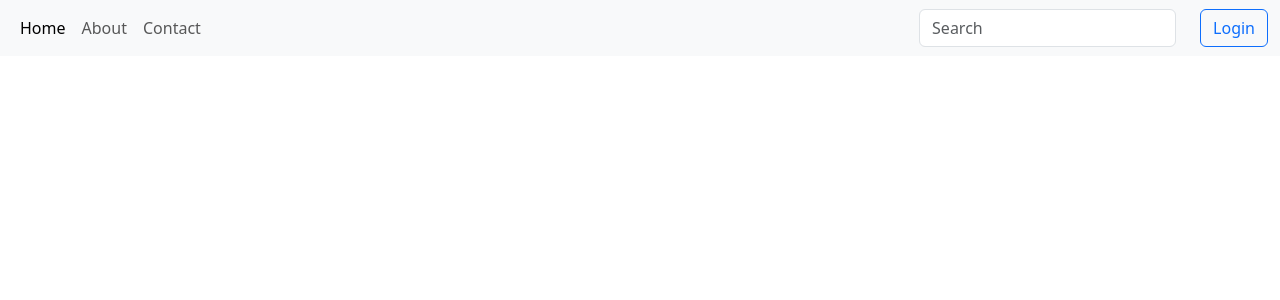
Repository: AlisaSkryp/photoblog
Page: index.html
The author's editor kept a copy of each file at every save. The page is drawn from the files as they stood at one save, then again after the next save.
The browser window is 1280 px wide. The pictures show the whole page.

Above is the page before, as saved 2023-04-09 19:07:10.
Console error: TypeError: Cannot read properties of null (reading 'addEventListener')

After the next save:
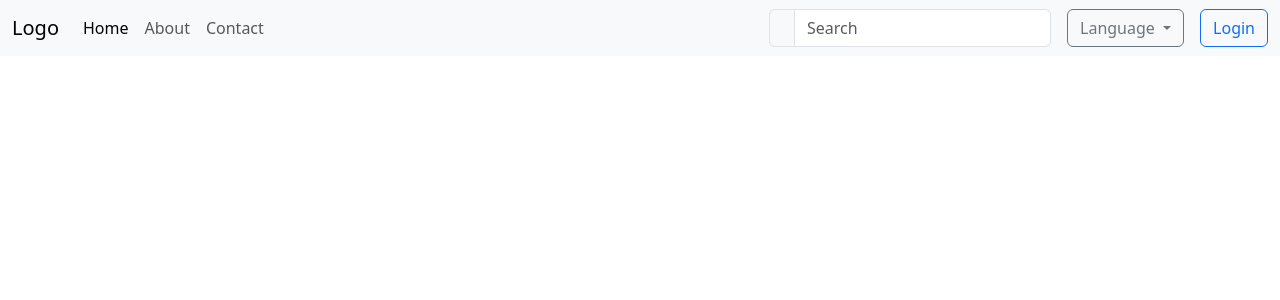
Saved 11 min 3 s later.
--- a/index.html
+++ b/index.html
@@ -10,14 +10,14 @@
 	<title>Document</title>
 </head>
 <body>
-
 	<nav class="navbar navbar-expand-lg navbar-light bg-light">
 		<div class="container-fluid">
+			<a class="navbar-brand" href="#">Logo</a>
 			<button class="navbar-toggler" type="button" data-bs-toggle="collapse" data-bs-target="#navbarNav" aria-controls="navbarNav" aria-expanded="false" aria-label="Toggle navigation">
 				<span class="navbar-toggler-icon"></span>
 			</button>
 			<div class="collapse navbar-collapse" id="navbarNav">
-				<ul class="navbar-nav me-auto">
+				<ul class="navbar-nav me-auto mb-2 mb-lg-0">
 					<li class="nav-item">
 						<a class="nav-link active" aria-current="page" href="#">Home</a>
 					</li>
@@ -29,13 +29,27 @@
 					</li>
 				</ul>
 				<form class="d-flex">
-					<input class="form-control me-2" type="search" placeholder="Search" aria-label="Search">
+					<div class="input-group">
+						<span class="input-group-text rounded-start"><i class="bi bi-search"></i></span>
+						<input class="form-control rounded-end" type="search" placeholder="Search" aria-label="Search">
+					</div>
 				</form>
-				<button class="btn btn-outline-primary ms-3">Login</button>
+				<div class="dropdown ms-3">
+					<button class="btn btn-outline-secondary dropdown-toggle" type="button" id="dropdownMenuButton1" data-bs-toggle="dropdown" aria-expanded="false">
+						Language
+					</button>
+					<ul class="dropdown-menu" aria-labelledby="dropdownMenuButton1">
+						<li><a class="dropdown-item" href="#">English</a></li>
+						<li><a class="dropdown-item" href="#">Spanish</a></li>
+						<li><a class="dropdown-item" href="#">French</a></li>
+					</ul>
+				</div>
+				<a href="#" class="btn btn-outline-primary ms-3">Login</a>
 			</div>
 		</div>
 	</nav>
 
+
 <script src="script.js"></script>
 </body>
 </html>
